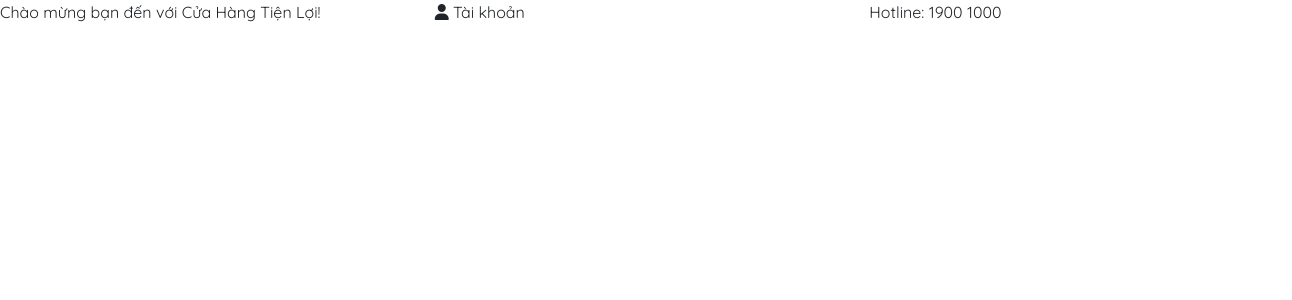
Repository: PAnhDuc/food.demo
Page: index.html
The author's editor kept a copy of each file at every save. The page is drawn from the files as they stood at one save, then again after the next save.
The browser window is 1280 px wide. The page is 1292 px wide, so the pictures cover 1292 px, including what lies to the right of the window. The pictures show the whole page.
Some web libraries are served in a nearby version.

Above is the page before, as saved 2024-11-13 19:40:40.

### index.html
<!DOCTYPE html>
<html lang="en">

<head>
    <meta charset="UTF-8">
    <meta name="viewport" content="width=device-width, initial-scale=1.0">
    <title>Food Demo</title>
    <link rel="stylesheet" href="./assets/style.css">
    <link href="https://cdn.jsdelivr.net/npm/bootstrap@5.3.3/dist/css/bootstrap.min.css" rel="stylesheet"
        integrity="sha384-QWTKZyjpPEjISv5WaRU9OFeRpok6YctnYmDr5pNlyT2bRjXh0JMhjY6hW+ALEwIH" crossorigin="anonymous">
    <link rel="stylesheet" href="https://cdnjs.cloudflare.com/ajax/libs/font-awesome/6.6.0/css/all.min.css"
        integrity="sha512-Kc323vGBEqzTmouAECnVceyQqyqdsSiqLQISBL29aUW4U/M7pSPA/gEUZQqv1cwx4OnYxTxve5UMg5GT6L4JJg=="
        crossorigin="anonymous" referrerpolicy="no-referrer" />
</head>

<body>
    <div class="top-bar">
        <div class="row align-items-center">
            <div class="col">
                <p class="top_bar-left">Chào mừng bạn đến với Cửa Hàng Tiện Lợi!</p>
            </div>
            <div class="col">
                <p class="top_bar-right">
                    <i class="fa-solid fa-user"></i>
                    <span>Tài khoản</span>
                </p>
            </div>
            <div class="col">
                <p class="top_bar-right">Hotline: <span>1900 1000</span></p>
            </div>
        </div>
    </div>
    <div class="container">
        <div class="header">
            <div class="menu-top">

            </div>
            <div class="menu-bottom">

            </div>
        </div>
    </div>
    <script src="./assets/main.js"></script>
    <script src="https://cdn.jsdelivr.net/npm/bootstrap@5.3.3/dist/js/bootstrap.bundle.min.js"
        integrity="sha384-YvpcrYf0tY3lHB60NNkmXc5s9fDVZLESaAA55NDzOxhy9GkcIdslK1eN7N6jIeHz"
        crossorigin="anonymous"></script>
</body>

</html>

### assets/style.css
@import url('https://fonts.googleapis.com/css2?family=Quicksand:wght@300..700&display=swap');

* {
    margin: 0;
    padding: 0;
    box-sizing: border-box;
}

body {
    font-family: "Quicksand", sans-serif!important;
}

:root {
    --green: #008b4b;
    --yellow: #f8c144;
    --white: #fff;
}

.container .top-bar {
    background: var(--green);
    width: 100%;
}

Loaded but not shown: assets/main.js (no copy from this time; the picture is the same without it)

After the next save:
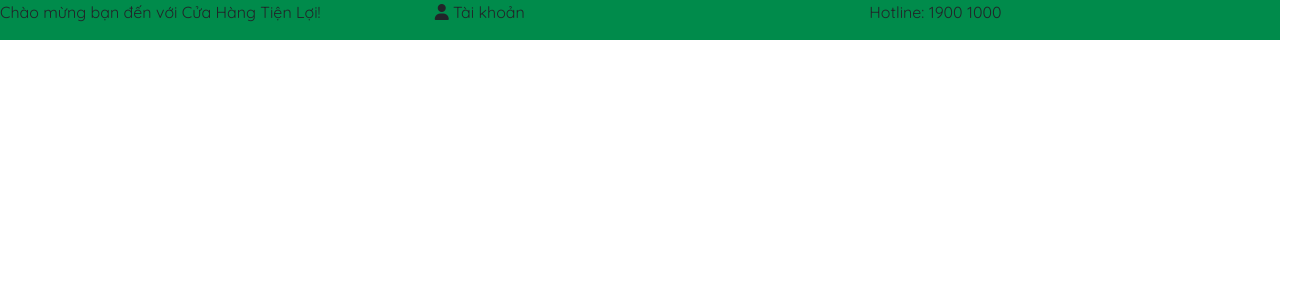
Saved 2 min 43 s later.
--- a/assets/style.css
+++ b/assets/style.css
@@ -16,7 +16,7 @@
     --white: #fff;
 }
 
-.container .top-bar {
+.top-bar {
     background: var(--green);
     width: 100%;
 }
